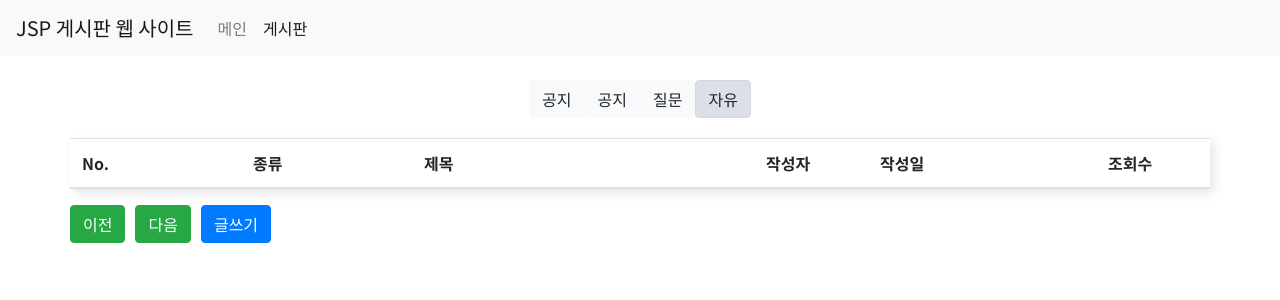
Repository: hz6450/2024-summer-jsp-notice-project
Page: http://localhost/BBS/BBS.jsp?pageNumber=0
The author's editor kept a copy of each file at every save. The page is drawn from the files as they stood at one save, then again after the next save.
The browser window is 1280 px wide. The pictures show the whole page.
Some web fonts or font styles are not loaded; a fallback is used. Some web libraries are served in a nearby version. The page is served by Tomcat 10. Other server files are loaded and not shown. Queries for data that is not in the repository find no rows.

Above is the page before, as saved 2024-07-16 04:58:49.

### projects/BBS/src/main/webapp/BBS.jsp
<%@ page language="java" contentType="text/html; charset=UTF-8"
    pageEncoding="UTF-8"%>
<%@ page import="java.io.PrintWriter"%>
<%@ page import="bbs.BbsDAO"%>
<%@ page import="bbs.Bbs"%>
<%@ page import="java.util.ArrayList"%>
<!DOCTYPE html>
<html>
<link rel="stylesheet" href="css/custom-font.css">
<head>
<meta charset="UTF-8">
<meta name="viewport" content="width=device-width, initial-scale=1">
<title>JSP 게시판 웹 사이트</title>
<link rel="stylesheet"
    href="https://stackpath.bootstrapcdn.com/bootstrap/4.5.2/css/bootstrap.min.css">
<style type="text/css">
/* Custom CSS styles can go here */
#bbs-table {
    box-shadow: 4px 4px 10px rgba(0, 0, 0, 0.1);
}

#bbs-table th, #bbs-table td {
    vertical-align: middle;
}

.btn-arrow-left {
    margin-right: 10px;
}

/* Custom style for button container */
.btn-container {
    display: flex;
    justify-content: center; /* Center align buttons */
    margin-bottom: 20px; /* Add bottom margin for spacing */
}
</style>
</head>

<body>
    <%
    String userID = null;
    if (session.getAttribute("userID") != null) {
        userID = (String) session.getAttribute("userID");

    }
    int pageNumber = 1;
    if (request.getParameter("pageNumber") != null) {
        pageNumber = Integer.parseInt(request.getParameter("pageNumber"));
    }
    %>

    <nav class="navbar navbar-expand-lg navbar-light bg-light">
        <a class="navbar-brand" href="main.jsp">JSP 게시판 웹 사이트</a>
        <button class="navbar-toggler" type="button" data-toggle="collapse"
            data-target="#bs-example-navbar-collapse-1"
            aria-controls="bs-example-navbar-collapse-1" aria-expanded="false"
            aria-label="Toggle navigation">
            <span class="navbar-toggler-icon"></span>
        </button>

        <div class="collapse navbar-collapse"
            id="bs-example-navbar-collapse-1">
            <ul class="navbar-nav mr-auto">
                <li class="nav-item"><a class="nav-link" href="main.jsp">메인</a>
                </li>
                <li class="nav-item active"><a class="nav-link" href="BBS.jsp">게시판</a>
                </li>
            </ul>
        </div>
    </nav>

    <div class="container mt-4">

        <div class="btn-container">
        <button type="button" class="btn btn-light " onclick="location.href='BBS.jsp'">공지</button>
            <button type="button" class="btn btn-light " onclick="location.href='BBS-NOTICE.jsp'">공지</button>
            <button type="button" class="btn btn-light" onclick="location.href='BBS-QUESTION.jsp'">질문</button>
            <button type="button" class="btn btn-light active" onclick="location.href='BBS-FREE.jsp'">자유</button>
        </div>

        <div class="row">
            <table class="table table-striped" id="bbs-table">
                <thead>
                    <tr>
                        <th scope="col" style="width: 15%">No.</th>
                        <th scope="col" style="width: 15%">종류</th>
                        <th scope="col" style="width: 30%">제목</th>
                        <th scope="col" style="width: 10%">작성자</th>
                        <th scope="col" style="width: 20%">작성일</th>
                        <th scope="col">조회수</th>
                    </tr>
                </thead>
                <tbody>
                    <%
                    BbsDAO bbsDAO = new BbsDAO();
                    ArrayList<Bbs> list = bbsDAO.getList(pageNumber);
                    for (int i = 0; i < list.size(); i++) {
                    %>
                    <tr>
                        <td><%=list.get(i).getBbsId()%></td>
                        <td><%=list.get(i).getBbsCategory()%></td>
                        <td><a href="view.jsp?bbsID=<%=list.get(i).getBbsId()%>"><%=list.get(i).getBbsTitle()%></a></td>
                        <td><%=list.get(i).getUserID()%></td>
                        <td><%=list.get(i).getBbsDate().substring(0, 16).replace(" ", "<br>")%></td>
                        <td><%=list.get(i).getBbsView()%></td>
                    </tr>
                    <%
                    }
                    %>
                </tbody>
            </table>

            <div class="d-flex justify-content-between align-items-center">
                <a href="BBS.jsp?pageNumber=<%=pageNumber - 1%>"
                    class="btn btn-success btn-arrow-left">이전</a> <a
                    href="BBS.jsp?pageNumber=<%=pageNumber + 1%>"
                    class="btn btn-success btn-arrow-left">다음</a> <a href="write.jsp"
                    class="btn btn-primary">글쓰기</a>
            </div>
        </div>
    </div>

    <script src="https://code.jquery.com/jquery-3.5.1.slim.min.js"></script>
    <script
        src="https://cdn.jsdelivr.net/npm/@popperjs/core@1.16.1/dist/umd/popper.min.js"></script>
    <script
        src="https://stackpath.bootstrapcdn.com/bootstrap/4.5.2/js/bootstrap.min.js"></script>
</body>

</html>

### projects/BBS/src/main/java/bbs/BbsDAO.java
package bbs;

import java.sql.Connection;
import java.sql.DriverManager;
import java.sql.PreparedStatement;
import java.sql.ResultSet;
import java.util.ArrayList;

public class BbsDAO {

	private Connection conn;
	private ResultSet rs;

	public BbsDAO() {
		try {
			String dbURL = "jdbc:mysql://localhost:3306/BBS";
			String dbID = "root";
			String dbPassword = "6450";
			Class.forName("com.mysql.jdbc.Driver");
			conn = DriverManager.getConnection(dbURL, dbID, dbPassword);
		} catch (Exception e) {
			e.printStackTrace();
		}
	}

	public String getDate() {
		String SQL = "SELECT NOW()";
		try {
			PreparedStatement pstmt = conn.prepareStatement(SQL);
			rs = pstmt.executeQuery();
			if (rs.next()) {
				return rs.getString(1);
			}
		} catch (Exception e) {
			e.printStackTrace();
		}
		return "";
	}

	public int getNext() {
		String SQL = "SELECT bbsID FROM BBS ORDER BY bbsID DESC";
		try {
			PreparedStatement pstmt = conn.prepareStatement(SQL);
			rs = pstmt.executeQuery();
			if (rs.next()) {
				return rs.getInt(1) + 1;
			}
		} catch (Exception e) {
			e.printStackTrace();
		}
		return 1;
	}

	public int write(String bbsTitle, String userID, String bbsContent, String bbsCategory) {
		String SQL = "INSERT INTO BBS VALUE(?,?,?,?,?,?,?,?)";
		try {
			PreparedStatement pstmt = conn.prepareStatement(SQL);

			pstmt.setInt(1, getNext());
			pstmt.setString(2, bbsTitle);
			pstmt.setString(3, userID);
			pstmt.setString(4, getDate());
			pstmt.setString(5, bbsContent);
			pstmt.setInt(6, 1);
			pstmt.setInt(7, 0);
			pstmt.setString(8, bbsCategory);
			return pstmt.executeUpdate();
		} catch (Exception e) {
			e.printStackTrace();
		}
		return -1;
	}

	public ArrayList<Bbs> getList(int pageNumber) {
		String SQL = "SELECT * From BBS WHERE bbsID < ? AND bbsCategory=\"공지\" AND bbsAvailable = 1 ORDER BY bbsID DESC LIMIT 5";
		ArrayList<Bbs> list = new ArrayList<Bbs>();
		try {
			PreparedStatement pstmt = conn.prepareStatement(SQL);
			pstmt.setInt(1, getNext() - (pageNumber - 1) * 5);
			rs = pstmt.executeQuery();
			while (rs.next()) {
				Bbs bbs = new Bbs();
				bbs.setBbsId(rs.getInt(1));
				bbs.setBbsTitle(rs.getString(2));
				bbs.setUserID(rs.getString(3));
				bbs.setBbsDate(rs.getString(4));
				bbs.setBbsContent(rs.getString(5));
				bbs.setBbsAvailable(rs.getInt(6));
				bbs.setBbsView(rs.getInt(7));
				bbs.setBbsCategory(rs.getString(8));
				list.add(bbs);
			}
		} catch (Exception e) {
			e.printStackTrace();
		}
		return list;
	}

	public ArrayList<Bbs> getListFree(int pageNumber) {
		String SQL = "SELECT * From BBS WHERE bbsID < ? AND bbsCategory=\"자유\" AND bbsAvailable = 1 ORDER BY bbsID DESC LIMIT 5";
		ArrayList<Bbs> list = new ArrayList<Bbs>();
		try {
			PreparedStatement pstmt = conn.prepareStatement(SQL);
			pstmt.setInt(1, getNext() - (pageNumber - 1) * 5);
			rs = pstmt.executeQuery();
			while (rs.next()) {
				Bbs bbs = new Bbs();
				bbs.setBbsId(rs.getInt(1));
				bbs.setBbsTitle(rs.getString(2));
				bbs.setUserID(rs.getString(3));
				bbs.setBbsDate(rs.getString(4));
				bbs.setBbsContent(rs.getString(5));
				bbs.setBbsAvailable(rs.getInt(6));
				bbs.setBbsView(rs.getInt(7));
				bbs.setBbsCategory(rs.getString(8));
				list.add(bbs);
			}
		} catch (Exception e) {
			e.printStackTrace();
		}
		return list;
	}

	public ArrayList<Bbs> getListQuestion(int pageNumber) {
		String SQL = "SELECT * From BBS WHERE bbsID < ? AND bbsCategory=\"질문\" AND bbsAvailable = 1 ORDER BY bbsID DESC LIMIT 5";
		ArrayList<Bbs> list = new ArrayList<Bbs>();
		try {
			PreparedStatement pstmt = conn.prepareStatement(SQL);
			pstmt.setInt(1, getNext() - (pageNumber - 1) * 5);
			rs = pstmt.executeQuery();
			while (rs.next()) {
				Bbs bbs = new Bbs();
				bbs.setBbsId(rs.getInt(1));
				bbs.setBbsTitle(rs.getString(2));
				bbs.setUserID(rs.getString(3));
				bbs.setBbsDate(rs.getString(4));
				bbs.setBbsContent(rs.getString(5));
				bbs.setBbsAvailable(rs.getInt(6));
				bbs.setBbsView(rs.getInt(7));
				bbs.setBbsCategory(rs.getString(8));
				list.add(bbs);
			}
		} catch (Exception e) {
			e.printStackTrace();
		}
		return list;
	}

	public boolean nextPage(int pageNumber) {
		String SQL = "SELECT * From BBS WHERE bbsAvailable = 1 ORDER BY bbsID DESC LIMIT 20";
		try {
			PreparedStatement pstmt = conn.prepareStatement(SQL);
			pstmt.setInt(1, getNext() - (pageNumber - 1) * 5);
			rs = pstmt.executeQuery();
			if (rs.next()) {
				return true;
			}
		} catch (Exception e) {
			e.printStackTrace();
		}
		return false;
	}

	public Bbs getBbs(int bbsID) {
		String SQL = "SELECT * FROM BBS WHERE bbsID = ?";
		try {
			PreparedStatement pstmt = conn.prepareStatement(SQL);
			pstmt.setInt(1, bbsID);
			rs = pstmt.executeQuery();
			if (rs.next()) {
				Bbs bbs = new Bbs();
				bbs.setBbsId(rs.getInt(1));
				bbs.setBbsTitle(rs.getString(2));
				bbs.setUserID(rs.getString(3));
				bbs.setBbsDate(rs.getString(4));
				bbs.setBbsContent(rs.getString(5));
				bbs.setBbsAvailable(rs.getInt(6));
				int bbsView = rs.getInt(7);
				bbs.setBbsCategory(rs.getString(8));
				bbs.setBbsView(bbsView);
				bbsView = bbsView + 1;
				countUpdate(bbsView, bbsID);
				return bbs;
			}
		} catch (Exception e) {
			e.printStackTrace();
		}
		return null;
	}

	public int countUpdate(int bbsCount, int bbsID) {
		String SQL = "update bbs set bbsViews = ? where bbsID = ?";
		try {
			PreparedStatement pstmt = conn.prepareStatement(SQL);
			pstmt.setInt(1, bbsCount);// 물음표의 순서
			pstmt.setInt(2, bbsID);
			return pstmt.executeUpdate();// insert,delete,update
		} catch (Exception e) {
			e.printStackTrace();
		}
		return -1;// 데이터베이스 오류
	}

	public int update(int bbsID, String bbsTitle, String bbsContent) {
		String SQL = "UPDATE BBS SET bbsTitle = ?, bbsContent= ? WHERE bbsID = ?";
		try {
			PreparedStatement pstmt = conn.prepareStatement(SQL);

			pstmt.setString(1, bbsTitle);
			pstmt.setString(2, bbsContent);
			pstmt.setInt(3, bbsID);

			return pstmt.executeUpdate();
		} catch (Exception e) {
			e.printStackTrace();
		}
		return -1;
	}

	public int delete(int bbsID) {
		String SQL = "DELETE FROM BBS WHERE bbsID = ?";
		try {
			PreparedStatement pstmt = conn.prepareStatement(SQL);
			pstmt.setInt(1, bbsID);

			return pstmt.executeUpdate();
		} catch (Exception e) {
			e.printStackTrace();
		}
		return -1;
	}
}

### projects/BBS/src/main/webapp/css/custom-font.css
@charset "UTF-8";

@import url(http://fonts.googleapis.com/earlyaccess/nanumgothic.css);

@import url(http://fonts.googleapis.com/earlyaccess/hanna.css);

@import url('https://fonts.googleapis.com/css2?family=Noto+Sans+KR:wght@100..900&display=swap');

* {
	font-family: "Noto Sans KR";
}

h1 {
	font-family: "Hanna";
}

After the next save:
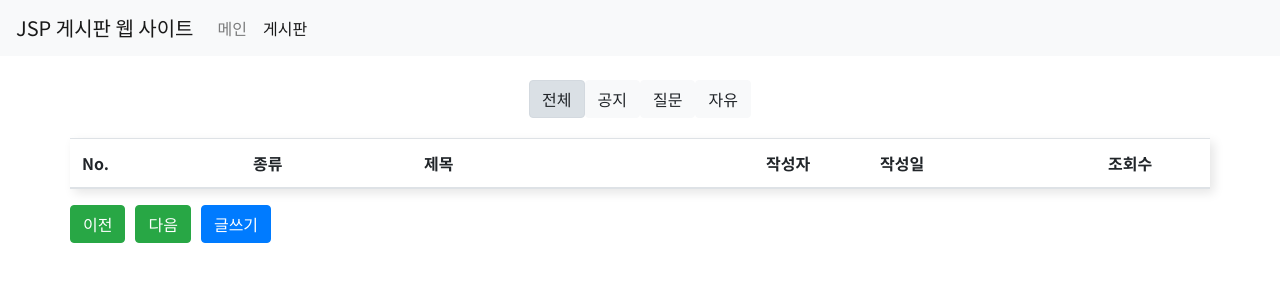
Saved 18 s later.
--- a/projects/BBS/src/main/webapp/BBS.jsp
+++ b/projects/BBS/src/main/webapp/BBS.jsp
@@ -72,10 +72,10 @@
     <div class="container mt-4">
 
         <div class="btn-container">
-        <button type="button" class="btn btn-light " onclick="location.href='BBS.jsp'">공지</button>
+        <button type="button" class="btn btn-light active" onclick="location.href='BBS.jsp'">전체</button>
             <button type="button" class="btn btn-light " onclick="location.href='BBS-NOTICE.jsp'">공지</button>
             <button type="button" class="btn btn-light" onclick="location.href='BBS-QUESTION.jsp'">질문</button>
-            <button type="button" class="btn btn-light active" onclick="location.href='BBS-FREE.jsp'">자유</button>
+            <button type="button" class="btn btn-light " onclick="location.href='BBS-FREE.jsp'">자유</button>
         </div>
 
         <div class="row">
